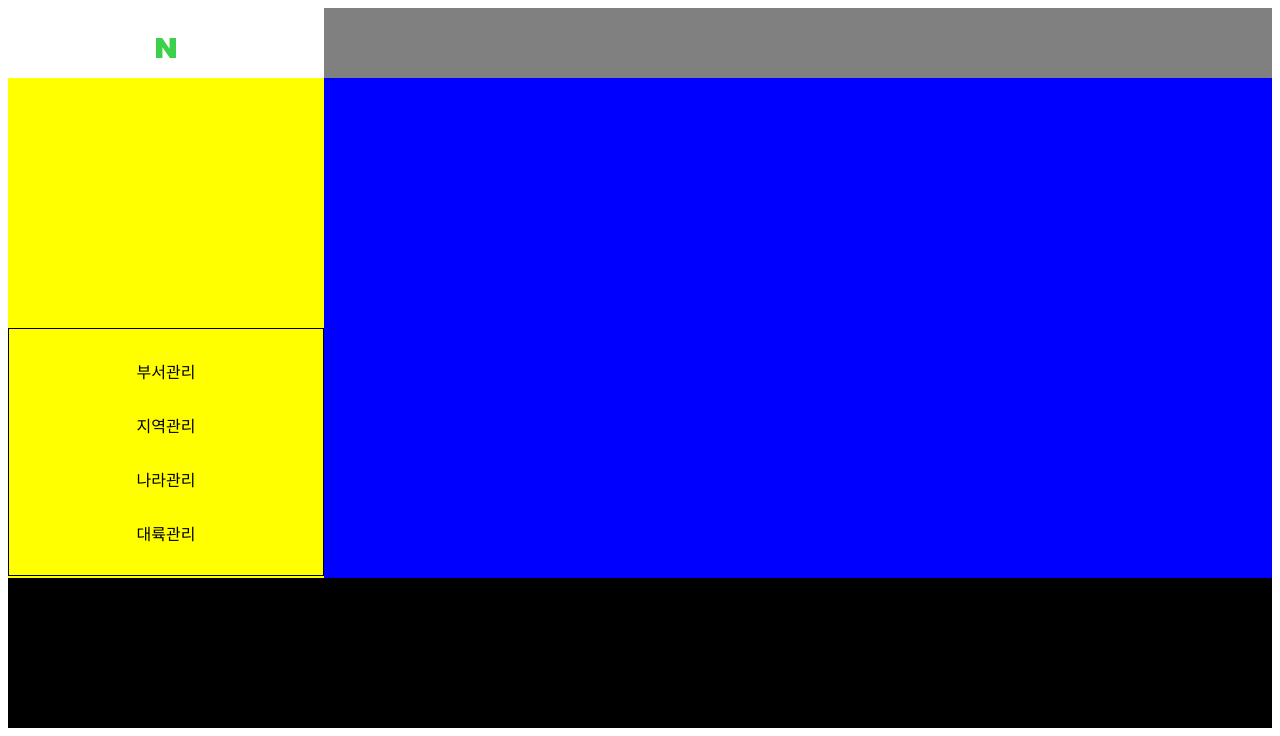
Repository: mireu930/Serverlet_App
Page: src/build/classes/webapp/template/layout.html
An editor plug-in stored every save of this project. The page is shown before and after the next save, followed by the edit.
The browser window is 1280 px wide. The pictures show the whole page.

Above is the page before, as saved 2025-02-07 12:01:12.

After the next save:
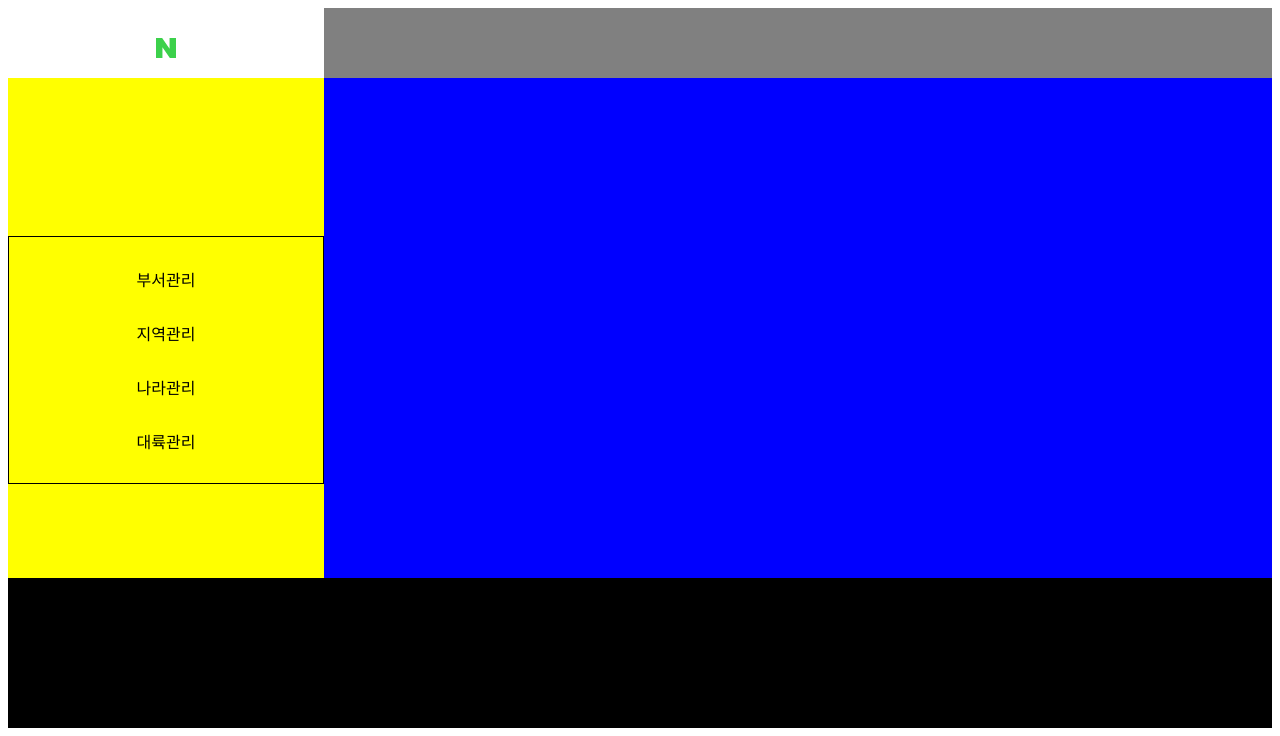
Saved 7 s later.
--- a/src/build/classes/webapp/template/layout.html
+++ b/src/build/classes/webapp/template/layout.html
@@ -56,7 +56,7 @@
 .content_left ul {
   list-style: none;
   border: 1px black solid;
-  margin: 250px 0;
+  margin: 50% 0;
   /* text-align: center; */
   padding: 0;
 }
